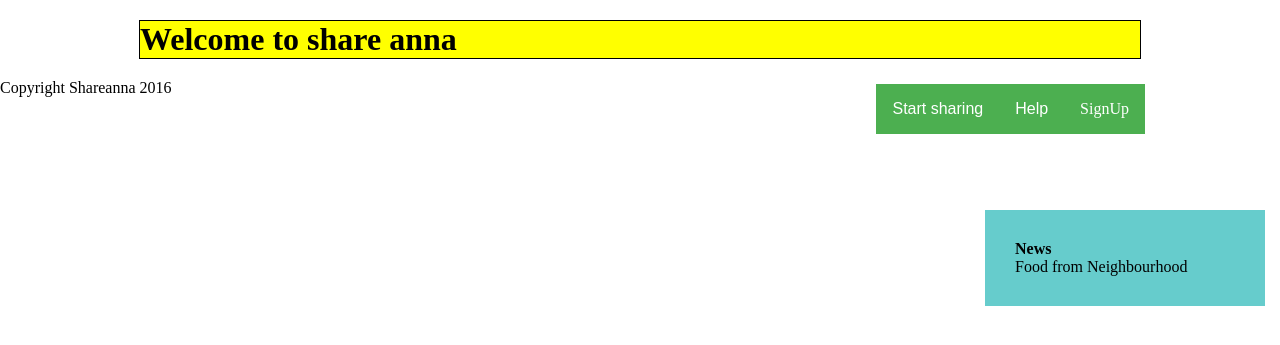
Repository: navigator007/shareanna
Page: practiceSpringMVC_1/src/main/webapp/home.html
The author's editor kept a copy of each file at every save. The page is drawn from the files as they stood at one save, then again after the next save.
The browser window is 1280 px wide. The pictures show the whole page.

Above is the page before, as saved 2016-08-20 23:46:12.

### practiceSpringMVC_1/src/main/webapp/home.html
<!DOCTYPE html>
<html lang="en">
<head>
<meta charset="UTF-8">
<title>take-away, food sharing</title>
<link rel="stylesheet" href="css/home.css">
</head>
<body>
	<div id="main_header">
		<header>
			<h1>Welcome to share anna</h1>
		</header>
	</div>
	<div>
		<ul class="menu_dropdown">
			<li>
				<div class="dropdown">
					<button class="dropbtn">Start sharing</button>
					<div class="dropdown-content">
						<a href="#">Share your dish and earn</a>
					</div>
				</div>
			</li>
			<li>
				<div class="dropdown">
					<button class="dropbtn">Help</button>
					<div class="dropdown-content">
						<a href="#">Getting started guide</a> <a href="#">How to place
							order</a> <a href="#">How price is determined</a> <a href="#">How
							payments are processed</a> <a href="#">How my dish reaches me?</a>
					</div>
				</div>
			</li>
			<li>
				<div class="dropdown_custom">
					<a href="#">SignUp</a>
				</div>
			</li>
		</ul>
	</div>
	<div id="section">
		<section>
			<aside>
				<h4>News</h4>
				Food from Neighbourhood
			</aside>
		</section>
	</div>
	<footer> Copyright Shareanna 2016 </footer>
</body>
</html>

### practiceSpringMVC_1/src/main/webapp/css/home.css
@CHARSET "UTF-8";
*{
	margin:0px;
	padding: 0px;
}
header ,section, footer, aside, nav, article, hgroup{
	display:block;
}
body{
	text-align:left;
}
#main_header{
	border: 1px solid black;
	width: 1000px;
	margin: 20px auto;
	background: yellow;
	text-decoration: blink;
}

#section{
	position: fixed;
	float: left;
	width: 220px;
	margin: 20px 0px;
	padding: 30px;
	background: #66cccc;
	top: 190px;
	right: 15px
}
/* Dropdown button section -- start */
.dropbtn {
    background-color: #4CAF50;
    color: white;
    padding: 16px;
    font-size: 16px;
    border: none;
    cursor: pointer;
}
.dropdown {
    position: relative;
    display: inline-block;
}
.dropdown-content {
    display: none;
    position: absolute;
    background-color: #f9f9f9;
    min-width: 130px;
    box-shadow: 0px 8px 16px 0px rgba(0,0,0,0.2);
}
.dropdown-content a {
    color: black;
    padding: 12px 16px;
    text-decoration: none;
    display: block;
}
.dropdown-content a:hover {background-color: #f1f1f1}

.dropdown:hover .dropdown-content {
    display: block;
}

.dropdown:hover .dropbtn {
    background-color: #3e8e41;
}
.menu_dropdown{
	margin: 0;
    padding: 5px;
    position: fixed;
    float: right;
    list-style-type: none;
    right: 130px;
}

.menu_dropdown li{
	float: left;
}
.menu_dropdown a{
	display: block;
	background-color: #dddddd;
}
.dropdown_custom{
	background-color: #4CAF50;
    padding: 16px;
    font-size: 16px;
    border: none;
    cursor: pointer;
    text-decoration: none;


}
.dropdown_custom a:hover, a:active {
background-color: #3e8e41;
}
.dropdown_custom a{
	text-decoration: none;
	background: none;
	color: black;
    display: block;
    color: white;
}

After the next save:
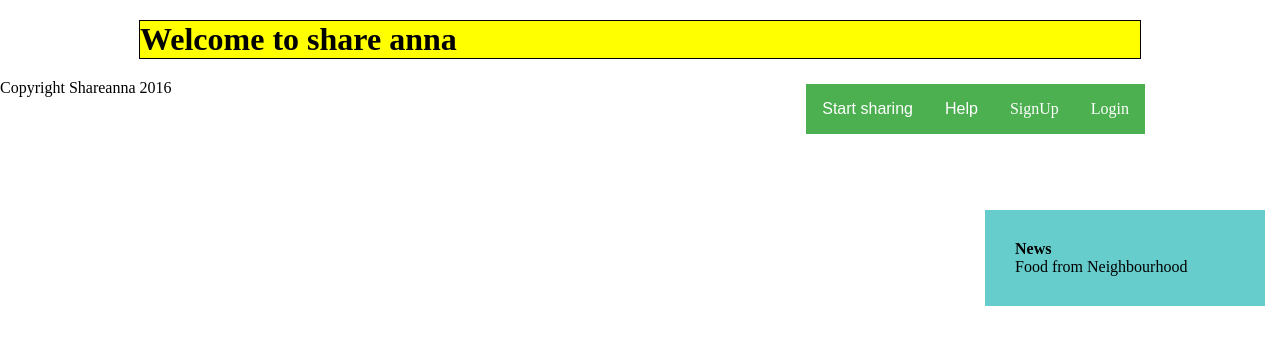
Saved 18 s later.
--- a/practiceSpringMVC_1/src/main/webapp/home.html
+++ b/practiceSpringMVC_1/src/main/webapp/home.html
@@ -36,6 +36,11 @@
 					<a href="#">SignUp</a>
 				</div>
 			</li>
+			<li>
+				<div class="dropdown_custom">
+					<a href="#">Login</a>
+				</div>
+			</li>
 		</ul>
 	</div>
 	<div id="section">
